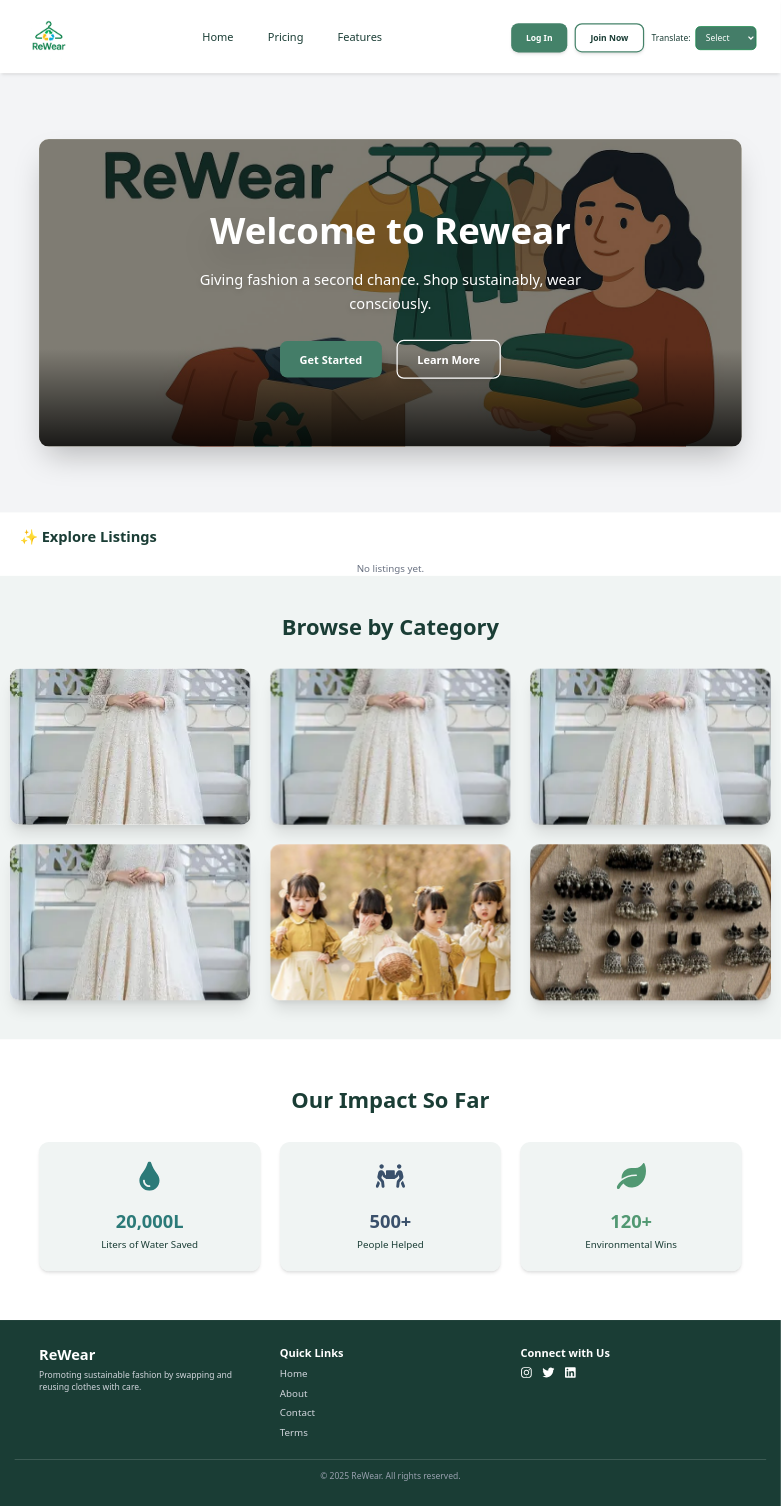
Repository: Swastikkkkk/vv
Page: / (app in OneDrive/Desktop/Yuzichahal/frontend/)
An editor plug-in stored every save of this project. The page is shown before and after the next save, followed by the edit.
The browser window is 1280 px wide. The pictures show the whole page, at 61% of full size.
The page's requests for data from a server got no answer. The project was rebuilt for these pictures with package versions that can differ from the ones it lists, and the page was loaded fresh each time. No one was signed in, and anything a server would have sent is missing. Also part of the build but not shown: OneDrive/Desktop/Yuzichahal/frontend/vite.config.js, OneDrive/Desktop/Yuzichahal/frontend/src/components/Signup.jsx, OneDrive/Desktop/Yuzichahal/frontend/src/components/Login.jsx, OneDrive/Desktop/Yuzichahal/frontend/src/components/user/Sidebar.jsx, OneDrive/Desktop/Yuzichahal/frontend/src/components/user/HelpTooltip.jsx, OneDrive/Desktop/Yuzichahal/frontend/src/components/user/UserDashboard.jsx, OneDrive/Desktop/Yuzichahal/frontend/src/components/user/AddListing.jsx, OneDrive/Desktop/Yuzichahal/frontend/src/components/user/PointsHistory.jsx and 5 more.

Above is the page before, as saved 2025-07-12 13:30:32.

### OneDrive/Desktop/Yuzichahal/frontend/src/App.jsx

// // src/App.js
// import React from 'react';
// import { BrowserRouter as Router, Routes, Route } from 'react-router-dom';
// import MyProducts from './components/user/MyProducts'; // ✅ NEW
// // Public Pages
// import LandingPage from './components/LandingPage';
// import Signup from './components/Signup';
// import Login from './components/Login';

// // User Dashboard Pages
// import UserDashboard from './components/user/UserDashboard';
// import AddListing from './components/user/AddListing';
// import PointsHistory from './components/user/PointsHistory';
// import ProfileDashboard from './components/user/ProfileDashboard'; // ✅ Import this
// // Admin Dashboard Page
// import AdminDashboard from './components/admin/AdminDashboard';

// // Shared Pages
// import ProductDetail from './components/ProductDetail';
// import NotFound from './components/NotFound';

// const App = () => {
//   return (
//     <Router>
//       <Routes>
//         {/* 🌐 Public Routes */}
//         <Route path="/" element={<LandingPage />} />
//         <Route path="/signup" element={<Signup />} />
//         <Route path="/login" element={<Login />} />

//         {/* 👤 User Routes */}
//         <Route path="/user" element={<UserDashboard />} />
//         <Route path="/user/add" element={<AddListing />} />
//         <Route path="/user/points" element={<PointsHistory />} />
// <Route path="/user/profile" element={<ProfileDashboard />} />
//         {/* 🛠 Admin Routes */}
//         <Route path="/user/my-products" element={<MyProducts userEmail="user@example.com" />} />
//         <Route path="/admin" element={<AdminDashboard />} />

//         {/* 🔁 Shared Routes */}
//         <Route path="/product/:productId" element={<ProductDetail />} />

//         {/* ❌ 404 Page */}
//         <Route path="*" element={<NotFound />} />
//       </Routes>
//     </Router>
//   );
// };

// export default App;
// src/App.js
import React from 'react';
import { BrowserRouter as Router, Routes, Route } from 'react-router-dom';
import { AuthProvider } from './AuthContext'; // ✅ Import context

// Public Pages
import LandingPage from './components/LandingPage';
import Signup from './components/Signup';
import Login from './components/Login';

// User Dashboard Pages
import UserDashboard from './components/user/UserDashboard';
import AddListing from './components/user/AddListing';
import PointsHistory from './components/user/PointsHistory';
import ProfileDashboard from './components/user/ProfileDashboard';
import MyProducts from './components/user/MyProducts';

// Admin Dashboard Page
import AdminDashboard from './components/admin/AdminDashboard';

// Shared Pages
import ProductDetail from './components/ProductDetail';
import NotFound from './components/NotFound';

const App = () => {
  return (
    <AuthProvider>
      <Router>
        <Routes>
          {/* 🌐 Public Routes */}
          <Route path="/" element={<LandingPage />} />
          <Route path="/signup" element={<Signup />} />
          <Route path="/login" element={<Login />} />

          {/* 👤 User Routes */}
          <Route path="/user" element={<UserDashboard />} />
          <Route path="/user/add" element={<AddListing />} />
          <Route path="/user/points" element={<PointsHistory />} />
          <Route path="/user/profile" element={<ProfileDashboard />} />
          <Route path="/user/my-products" element={<MyProducts />} />

          {/* 🛠 Admin Routes */}
          <Route path="/admin" element={<AdminDashboard />} />

          {/* 🔁 Shared Routes */}
          <Route path="/product/:productId" element={<ProductDetail />} />

          {/* ❌ 404 Page */}
          <Route path="*" element={<NotFound />} />
        </Routes>
      </Router>
    </AuthProvider>
  );
};

export default App;

### OneDrive/Desktop/Yuzichahal/frontend/src/AuthContext.jsx
// src/AuthContext.js
import React, { createContext, useEffect, useState } from 'react';
import { onAuthStateChanged } from 'firebase/auth';
import { auth } from './components/FirebaseConfig'; // Adjust path as needed

export const AuthContext = createContext();

export const AuthProvider = ({ children }) => {
  const [user, setUser] = useState(null);
  const [authLoading, setAuthLoading] = useState(true);

  useEffect(() => {
    const unsubscribe = onAuthStateChanged(auth, (firebaseUser) => {
      setUser(firebaseUser);
      setAuthLoading(false);
    });

    return () => unsubscribe(); // Clean up listener
  }, []);

  return (
    <AuthContext.Provider value={{ user, authLoading }}>
      {children}
    </AuthContext.Provider>
  );
};
export default AuthProvider;

### OneDrive/Desktop/Yuzichahal/frontend/src/components/LandingPage.jsx
import React from 'react';
import Navbar from './Navbar';
import HeroSection from './Herosection';
import CategoriesSection from './CategoriesSection';
import ImpactSection from './ImpactSection';
import Footer from './Footer';
import ProductFeed from './user/ProductFeed';
const LandingPage = () => {
  return (
    <>
      <Navbar />
      <HeroSection />
      <ProductFeed/>
      <CategoriesSection />
      <ImpactSection />
      <Footer/>
      {/* Add more sections as needed */}
    </>
  );
};

export default LandingPage;

### OneDrive/Desktop/Yuzichahal/frontend/src/components/CategoriesSection.jsx
import React, { useState } from 'react';
import { useNavigate } from 'react-router-dom';
import { auth } from './FirebaseConfig';
import sampleImage from '../assets/image.png';
import Lottie from 'react-lottie-player';
import acc from "../assets/acc.jpg";
import acc1 from "../assets/kid.jpg";
import acc2 from "../assets/west.jpg";
const categories = [
  { title: 'Traditional', image: sampleImage },
  { title: 'Modern', image: sampleImage },
  { title: 'Western', image: sampleImage },
  { title: 'Ethnic', image: sampleImage },
  { title: 'Kidswear', image: acc1 },
  { title: 'Accessories', image: acc },
];

const CategoriesSection = () => {
  const navigate = useNavigate();
  const [showModal, setShowModal] = useState(false);

  const handleCategoryClick = (category) => {
    const user = auth.currentUser;
    if (!user) {
      setShowModal(true);
      return;
    }
    navigate(`/category/${category.toLowerCase()}`);
  };

  return (
    <section className="w-full bg-[#f0f4f3] py-16">
      <div className="max-w-[1400px] w-full mx-auto px-4">
        <h2 className="text-4xl font-bold text-center text-[#1a3d35] mb-12">
          Browse by Category
        </h2>

        <div className="grid grid-cols-1 sm:grid-cols-2 md:grid-cols-3 gap-8">
          {categories.map((cat) => (
            <div
              key={cat.title}
              onClick={() => handleCategoryClick(cat.title)}
              className="relative group cursor-pointer rounded-2xl overflow-hidden shadow-xl transform transition duration-300 hover:scale-[1.03] bg-white"
            >
              <div className="w-full h-64 relative">
                <img
                  src={cat.image}
                  alt={cat.title}
                  className="absolute inset-0 w-full h-full object-cover transition duration-300 group-hover:brightness-50"
                />
              </div>
              <div className="absolute inset-0 flex items-center justify-center opacity-0 group-hover:opacity-100 transition duration-300">
                <h3 className="text-white text-2xl font-semibold bg-black/50 px-6 py-2 rounded-xl backdrop-blur-sm">
                  {cat.title}
                </h3>
              </div>
            </div>
          ))}
        </div>
      </div>

      {/* Login Prompt Modal */}
      {showModal && (
        <div className="fixed inset-0 bg-black/50 backdrop-blur-sm flex items-center justify-center z-50">
          <div className="bg-white rounded-2xl p-6 w-full max-w-sm shadow-xl text-center relative">
            <button
              onClick={() => setShowModal(false)}
              className="absolute top-2 right-3 text-xl text-gray-400 hover:text-red-500"
            >
              &times;
            </button>
            <Lottie
              loop
              animationData={loginWarning}
              play
              style={{ width: 200, height: 200, margin: '0 auto' }}
            />
            <h3 className="text-lg font-semibold text-[#1a3d35]">Please log in to continue</h3>
            <p className="text-sm text-gray-500 mt-2 mb-4">You must be signed in to view this category.</p>
            <button
              onClick={() => {
                setShowModal(false);
                navigate('/login');
              }}
              className="bg-[#447d68] text-white px-4 py-2 rounded-lg hover:bg-[#366755] transition"
            >
              Go to Login
            </button>
          </div>
        </div>
      )}
    </section>
  );
};

export default CategoriesSection;

### OneDrive/Desktop/Yuzichahal/frontend/src/components/ImpactSection.jsx
import React from 'react';
import CountUp from 'react-countup';
import { FaTint, FaPeopleCarry, FaLeaf } from 'react-icons/fa';

const impacts = [
  {
    icon: <FaTint className="text-[#2b7a78] text-5xl mb-4" />,
    label: 'Liters of Water Saved',
    value: 20000,
    suffix: 'L',
    color: 'text-[#2b7a78]',
  },
  {
    icon: <FaPeopleCarry className="text-[#3a506b] text-5xl mb-4" />,
    label: 'People Helped',
    value: 500,
    suffix: '+',
    color: 'text-[#3a506b]',
  },
  {
    icon: <FaLeaf className="text-[#519872] text-5xl mb-4" />,
    label: 'Environmental Wins',
    value: 120,
    suffix: '+',
    color: 'text-[#519872]',
  },
];

const ImpactSection = () => {
  return (
    <section className="bg-white py-20 px-4 w-full">
      <div className="max-w-6xl mx-auto text-center">
        <h2 className="text-4xl font-bold text-[#1a3d35] mb-12">Our Impact So Far</h2>

        <div className="grid grid-cols-1 md:grid-cols-3 gap-8">
          {impacts.map((impact, index) => (
            <div
              key={index}
              className="bg-[#f0f4f3] rounded-2xl p-8 shadow-md hover:shadow-xl transition duration-300"
            >
              <div className="flex justify-center">{impact.icon}</div>
              <h3 className={`text-3xl font-bold mt-4 ${impact.color}`}>
                <CountUp end={impact.value} duration={2} />{impact.suffix}
              </h3>
              <p className="mt-2 text-[#1a3d35] font-medium">{impact.label}</p>
            </div>
          ))}
        </div>
      </div>
    </section>
  );
};

export default ImpactSection;

### OneDrive/Desktop/Yuzichahal/frontend/src/components/Footer.jsx
import React from 'react';
import { FaInstagram, FaTwitter, FaLinkedin } from 'react-icons/fa';

const Footer = () => {
  return (
    <footer className="bg-[#1a3d35] text-white py-10 px-6">
      <div className="max-w-6xl mx-auto grid grid-cols-1 md:grid-cols-3 gap-8 text-center md:text-left">

        {/* Branding */}
        <div>
          <h3 className="text-2xl font-semibold mb-2">ReWear</h3>
          <p className="text-sm text-gray-300">
            Promoting sustainable fashion by swapping and reusing clothes with care.
          </p>
        </div>

        {/* Navigation */}
        <div>
          <h4 className="text-lg font-semibold mb-2">Quick Links</h4>
          <ul className="space-y-2 text-gray-300">
            <li><a href="/" className="hover:text-white">Home</a></li>
            <li><a href="/about" className="hover:text-white">About</a></li>
            <li><a href="/contact" className="hover:text-white">Contact</a></li>
            <li><a href="/terms" className="hover:text-white">Terms</a></li>
          </ul>
        </div>

        {/* Social */}
        <div>
          <h4 className="text-lg font-semibold mb-2">Connect with Us</h4>
          <div className="flex justify-center md:justify-start gap-4 text-xl">
            <a href="https://instagram.com" target="_blank" rel="noreferrer" className="hover:text-[#38c172]"><FaInstagram /></a>
            <a href="https://twitter.com" target="_blank" rel="noreferrer" className="hover:text-[#38c172]"><FaTwitter /></a>
            <a href="https://linkedin.com" target="_blank" rel="noreferrer" className="hover:text-[#38c172]"><FaLinkedin /></a>
          </div>
        </div>
      </div>

      <div className="border-t border-white/20 mt-8 pt-4 text-center text-sm text-gray-400">
        © {new Date().getFullYear()} ReWear. All rights reserved.
      </div>
    </footer>
  );
};

export default Footer;

Loaded but not shown: OneDrive/Desktop/Yuzichahal/frontend/index.html (common file); OneDrive/Desktop/Yuzichahal/frontend/src/App.css (common file); OneDrive/Desktop/Yuzichahal/frontend/src/main.jsx (common file); OneDrive/Desktop/Yuzichahal/frontend/src/components/FirebaseConfig.js (26 lines, source omitted); OneDrive/Desktop/Yuzichahal/frontend/src/components/user/ProductFeed.jsx (348 lines, source omitted); OneDrive/Desktop/Yuzichahal/frontend/src/components/Herosection.jsx (242 lines, source omitted); OneDrive/Desktop/Yuzichahal/frontend/src/components/Navbar.jsx (327 lines, source omitted)

After the next save:
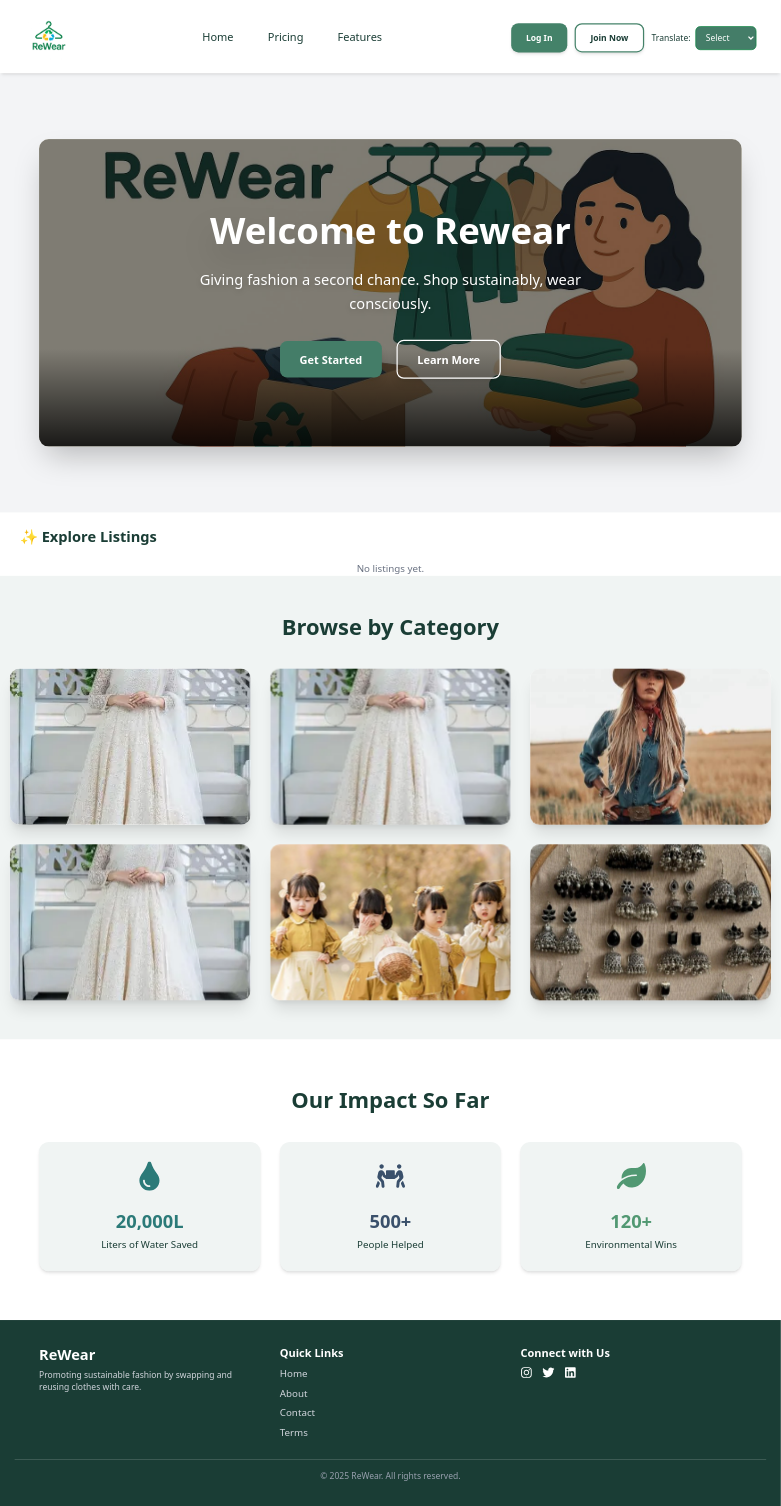
Saved 4 s later.
--- a/OneDrive/Desktop/Yuzichahal/frontend/src/components/CategoriesSection.jsx
+++ b/OneDrive/Desktop/Yuzichahal/frontend/src/components/CategoriesSection.jsx
@@ -9,7 +9,7 @@ import acc2 from "../assets/west.jpg";
 const categories = [
   { title: 'Traditional', image: sampleImage },
   { title: 'Modern', image: sampleImage },
-  { title: 'Western', image: sampleImage },
+  { title: 'Western', image: acc2 },
   { title: 'Ethnic', image: sampleImage },
   { title: 'Kidswear', image: acc1 },
   { title: 'Accessories', image: acc },
